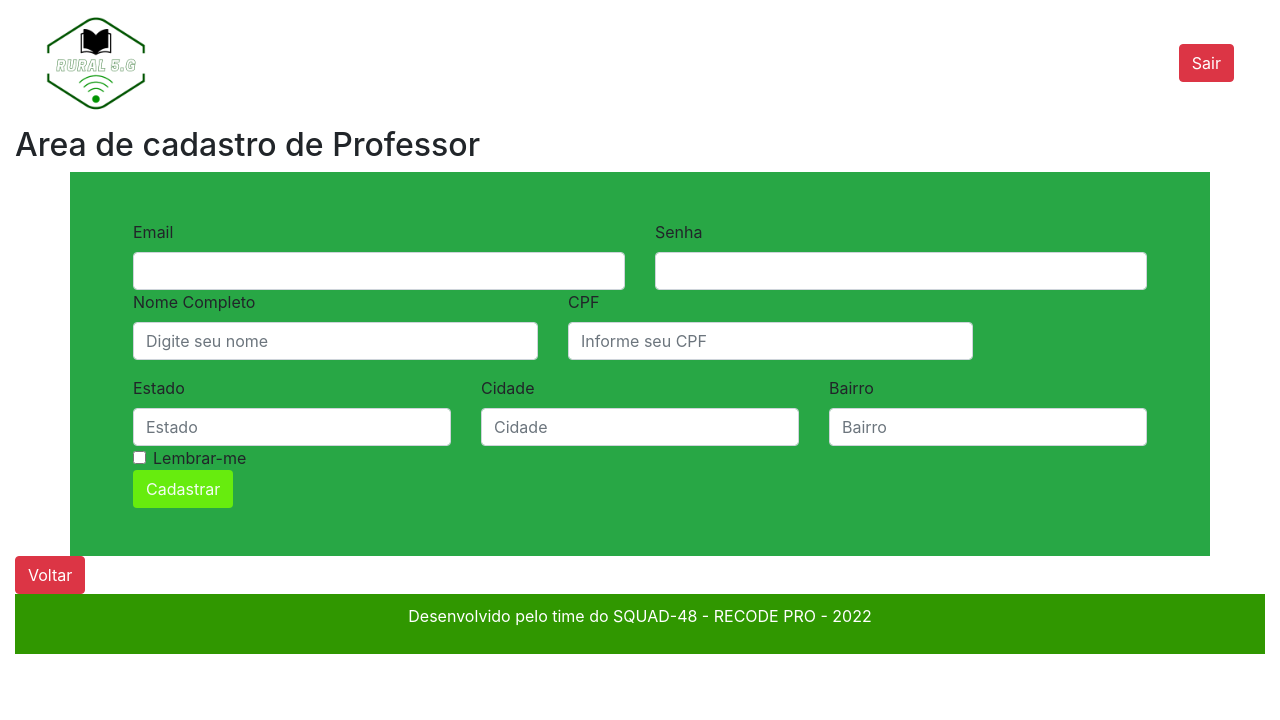
Repository: Squad048/Rural5G
Page: 2º entrega/src/main/webapp/area_cadasto_professor.html
The author's editor kept a copy of each file at every save. The page is drawn from the files as they stood at one save, then again after the next save.
The browser window is 1280 px wide. The pictures show the whole page.

Above is the page before, as saved 2022-10-03 21:57:22.

After the next save:
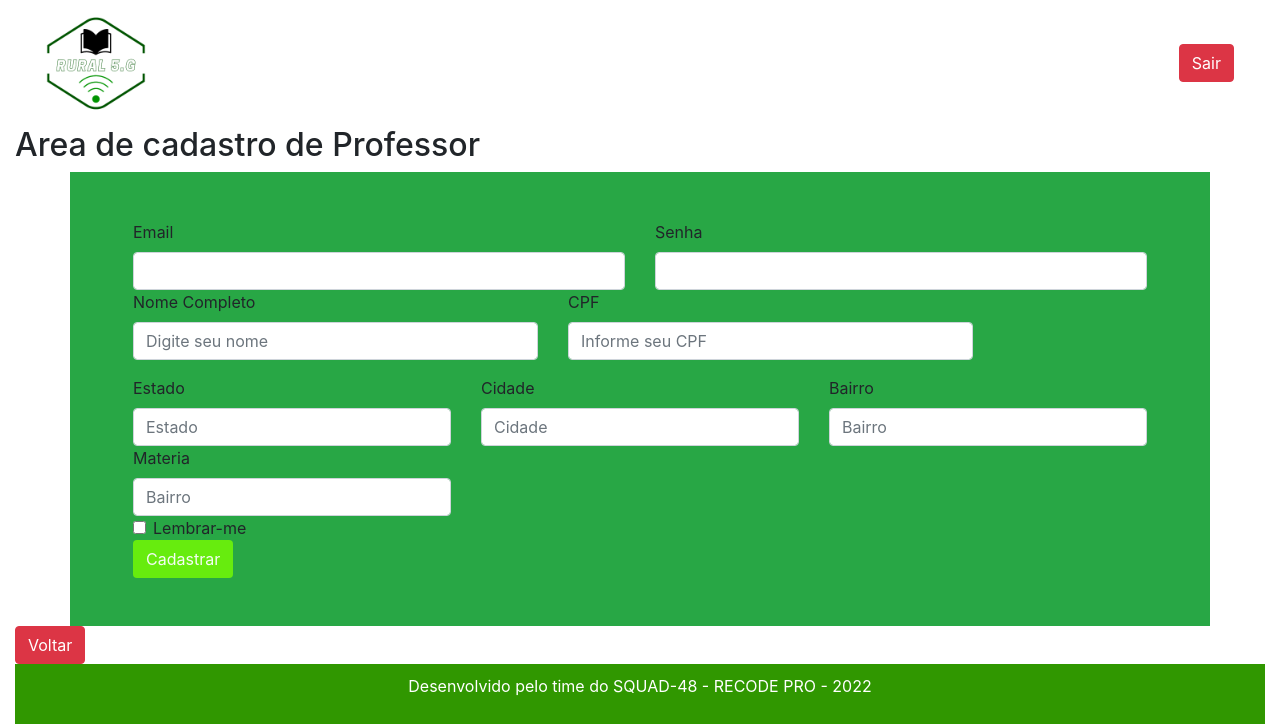
Saved 4 min 12 s later.
--- a/2º entrega/src/main/webapp/area_cadasto_professor.html
+++ b/2º entrega/src/main/webapp/area_cadasto_professor.html
@@ -58,6 +58,10 @@
                 <label for="inputAddress" class="form-label">Bairro</label>
                 <input type="text" class="form-control" name="bairro" id="inputAddress" placeholder="Bairro">
             </div>
+            <div class="col-4">
+                <label for="inputAddress" class="form-label">Materia</label>
+                <input type="text" class="form-control" name="materia" id="inputAddress" placeholder="Bairro">
+            </div>
             <div class="col-12">
               <div class="form-check">
                 <input class="form-check-input" type="checkbox" id="gridCheck">
